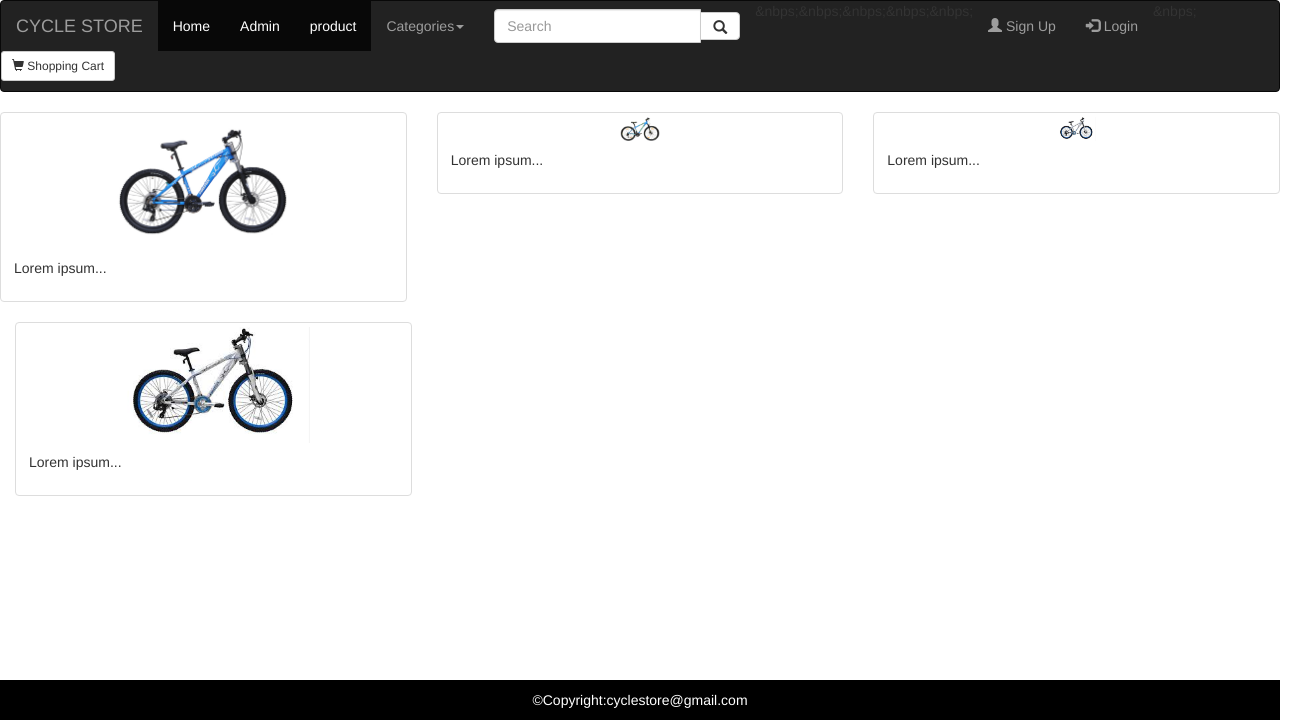
Repository: SumiyaSulaiman/project1
Page: http://localhost/cycle/baby.jsp
The author's editor kept a copy of each file at every save. The page is drawn from the files as they stood at one save, then again after the next save.
The browser window is 1280 px wide. The page is 1295 px wide, so the pictures cover 1295 px, including what lies to the right of the window. The pictures show the whole page.
Some web libraries are served in a nearby version. The page is served by Tomcat 9. Nobody is signed in. The application's start-up code is not run. Other server files are loaded and not shown.

Above is the page before, as saved 2017-12-21 07:38:12.

### project/cycle/src/main/webapp/baby.jsp
<%@ page language="java" contentType="text/html; charset=ISO-8859-1"
    pageEncoding="ISO-8859-1"%>
<!DOCTYPE html PUBLIC "-//W3C//DTD HTML 4.01 Transitional//EN" "http://www.w3.org/TR/html4/loose.dtd">
<html>
<head>
<meta http-equiv="Content-Type" content="text/html; charset=ISO-8859-1">

</head>
<body>

<jsp:include page="header.jsp"></jsp:include>

<div class="row">
  <div class="col-md-4">
    <div class="thumbnail" style="width=50%;height=10%;">
      <a href="./resources/cycle10.jpg">
        <img src="./resources/cycle10.jpg" style="width:50%;">
        <div class="caption">
          <p>Lorem ipsum...</p>
        </div>
      </a>
    </div>
  </div>
  <div class="col-md-4">
    <div class="thumbnail" style="width=50%;height=10%;">
      <a href="./resources/cycle6.jpg">
        <img src="./resources/1.jpg" style="width:10%">
        <div class="caption">
          <p>Lorem ipsum...</p>
        </div>
      </a>
    </div>
  </div>
  <div class="col-md-4">
    <div class="thumbnail" style="width=50%;height=10%;">
      <a href="./resources/cycle7.jpg">
        <img src="./resources/cycle7.jpg"style="width:10%">
        <div class="caption">
          <p>Lorem ipsum...</p>
        </div>
      </a>
    </div>
  </div>
</div>
<div class="col-md-4">
    <div class="thumbnail"style="width=50%;height=10%;">
      <a href="./resources/cycle7.jpg">
        <img src="./resources/cycle7.jpg"style="width:50%">
        <div class="caption">
          <p>Lorem ipsum...</p>
        </div>
      </a>
    </div>
  </div>



<jsp:include page="footer.jsp"></jsp:include>

</body>
</html>

### project/cycle/src/main/webapp/header.jsp
 <%@ page language="java" contentType="text/html; charset=ISO-8859-1"
    pageEncoding="ISO-8859-1"%>
<!DOCTYPE html PUBLIC "-//W3C//DTD HTML 4.01 Transitional//EN" "http://www.w3.org/TR/html4/loose.dtd">
<html>
<head>
<meta charset="utf-8">
  <meta http-equiv="X-UA-Compatible" content="IE=edge">
  <meta name="description" content="">
  <meta name="viewport" content="width=device-width, initial-scale=1">
  <link rel="stylesheet" href="https://maxcdn.bootstrapcdn.com/bootstrap/3.3.7/css/bootstrap.min.css">
  <script src="https://ajax.googleapis.com/ajax/libs/jquery/3.2.0/jquery.min.js"></script>
  <script src="https://maxcdn.bootstrapcdn.com/bootstrap/3.3.7/js/bootstrap.min.js"></script>

</head>
<body>

<nav class="navbar navbar-inverse" >

    <div class="navbar-header">
      <a class="navbar-brand" href="#">CYCLE STORE</a>
    </div>
    <ul class="nav navbar-nav">
      <li class="active"><a href="">Home</a></li>
      <li class="active"><a href="">Admin</a></li>
      <li class="active"><a href="">product</a></li>
      <li class="dropdown"><a class="dropdown-toggle" data-toggle="dropdown" href="Category">Categories<span class="caret"></span></a>
        <ul class="dropdown-menu">
          <li><a href="baby.jsp">baby</a> </li>
          <li><a href="women.jsp">women</a></li>
          <li><a href="men.jsp">men</a></li>
          <li>
          <%--  <c:forEach items="${clist }" var="c">
          <li><a href="#">${c.catName}</a></li>
          </c:forEach> --%>
        </ul>
      </li>


    <form class="navbar-form navbar-left">
      <div class="input-group">
        <input type="text" class="form-control" placeholder="Search">
        <div class="input-group-btn">
          <button class="btn btn-default" type="submit">
            <i class="glyphicon glyphicon-search"></i>
          </button>
        </div>
      </div>
    </form>


      <li>&nbps;&nbps;&nbps;&nbps;&nbps;</li>
      <li><a href="registration.jsp"><span class="glyphicon glyphicon-user"></span> Sign Up</a></li>
      <li> <a href="login.jsp"><span class="glyphicon glyphicon-log-in"></span> Login</a></li>
      <li>&nbps;</li>
    </ul>
       <p></p>
       <p>
        <button type="button" class="btn btn-default btn-sm">
          <span class="glyphicon glyphicon-shopping-cart"></span> Shopping Cart
        </button>
      </p>

</nav>

<style>
#ntext{
 color: #000000;
  }
</style>

</body>
</html>

### project/cycle/src/main/webapp/footer.jsp
<%@ page language="java" contentType="text/html; charset=ISO-8859-1"
    pageEncoding="ISO-8859-1"%>
<!DOCTYPE html PUBLIC "-//W3C//DTD HTML 4.01 Transitional//EN" "http://www.w3.org/TR/html4/loose.dtd">
<html>
<head>
<meta http-equiv="Content-Type" content="text/html; charset=ISO-8859-1">
<title>Insert title here</title>
</head>
<body>

<style>
.footer {
    position: fixed;
    left: 0;
    bottom: 0;
    width: 100%;
    background-color: black;
    color: white;
    text-align: center;
}
</style>

<div class="footer">
	<p></p>
  <p>©Copyright:cyclestore@gmail.com</p>
</div>

</body>
</html>

After the next save:
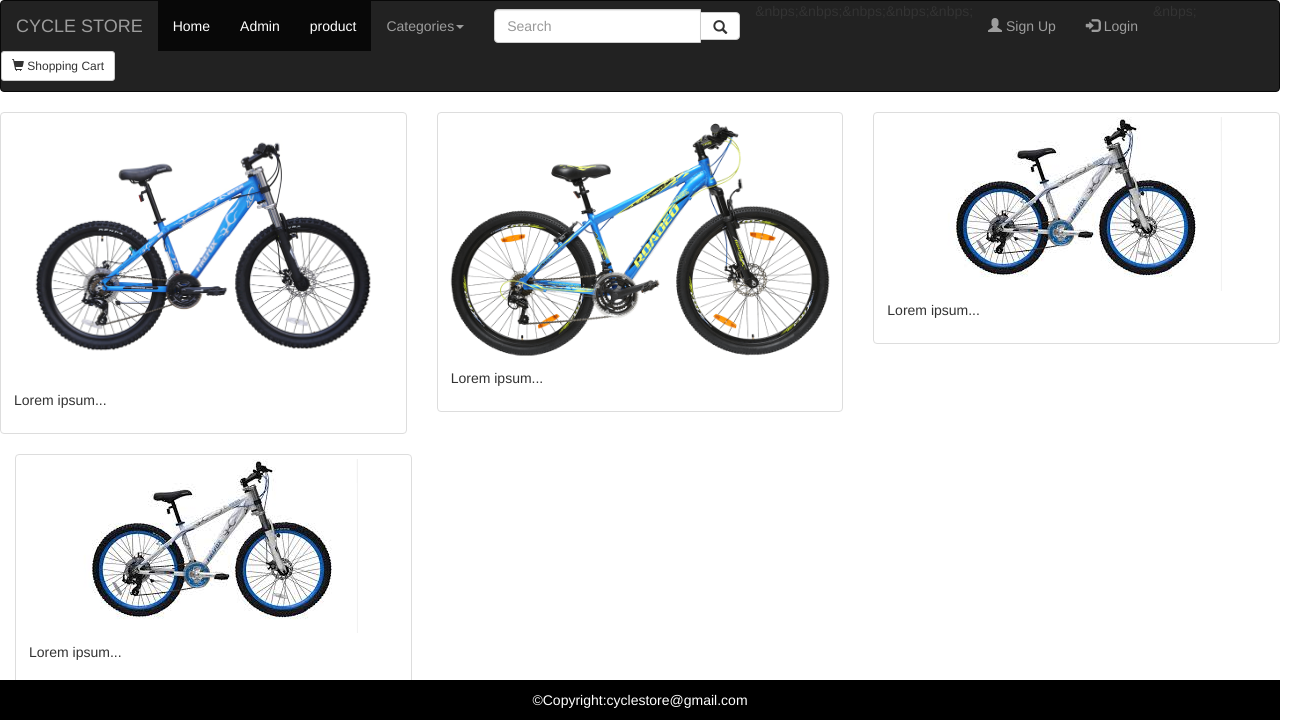
Saved 66 s later.
--- a/project/cycle/src/main/webapp/baby.jsp
+++ b/project/cycle/src/main/webapp/baby.jsp
@@ -14,7 +14,7 @@
   <div class="col-md-4">
     <div class="thumbnail" style="width=50%;height=10%;">
       <a href="./resources/cycle10.jpg">
-        <img src="./resources/cycle10.jpg" style="width:50%;">
+        <img src="./resources/cycle10.jpg" >
         <div class="caption">
           <p>Lorem ipsum...</p>
         </div>
@@ -24,7 +24,7 @@
   <div class="col-md-4">
     <div class="thumbnail" style="width=50%;height=10%;">
       <a href="./resources/cycle6.jpg">
-        <img src="./resources/1.jpg" style="width:10%">
+        <img src="./resources/1.jpg" >
         <div class="caption">
           <p>Lorem ipsum...</p>
         </div>
@@ -34,7 +34,7 @@
   <div class="col-md-4">
     <div class="thumbnail" style="width=50%;height=10%;">
       <a href="./resources/cycle7.jpg">
-        <img src="./resources/cycle7.jpg"style="width:10%">
+        <img src="./resources/cycle7.jpg">
         <div class="caption">
           <p>Lorem ipsum...</p>
         </div>
@@ -45,7 +45,7 @@
 <div class="col-md-4">
     <div class="thumbnail"style="width=50%;height=10%;">
       <a href="./resources/cycle7.jpg">
-        <img src="./resources/cycle7.jpg"style="width:50%">
+        <img src="./resources/cycle7.jpg">
         <div class="caption">
           <p>Lorem ipsum...</p>
         </div>
